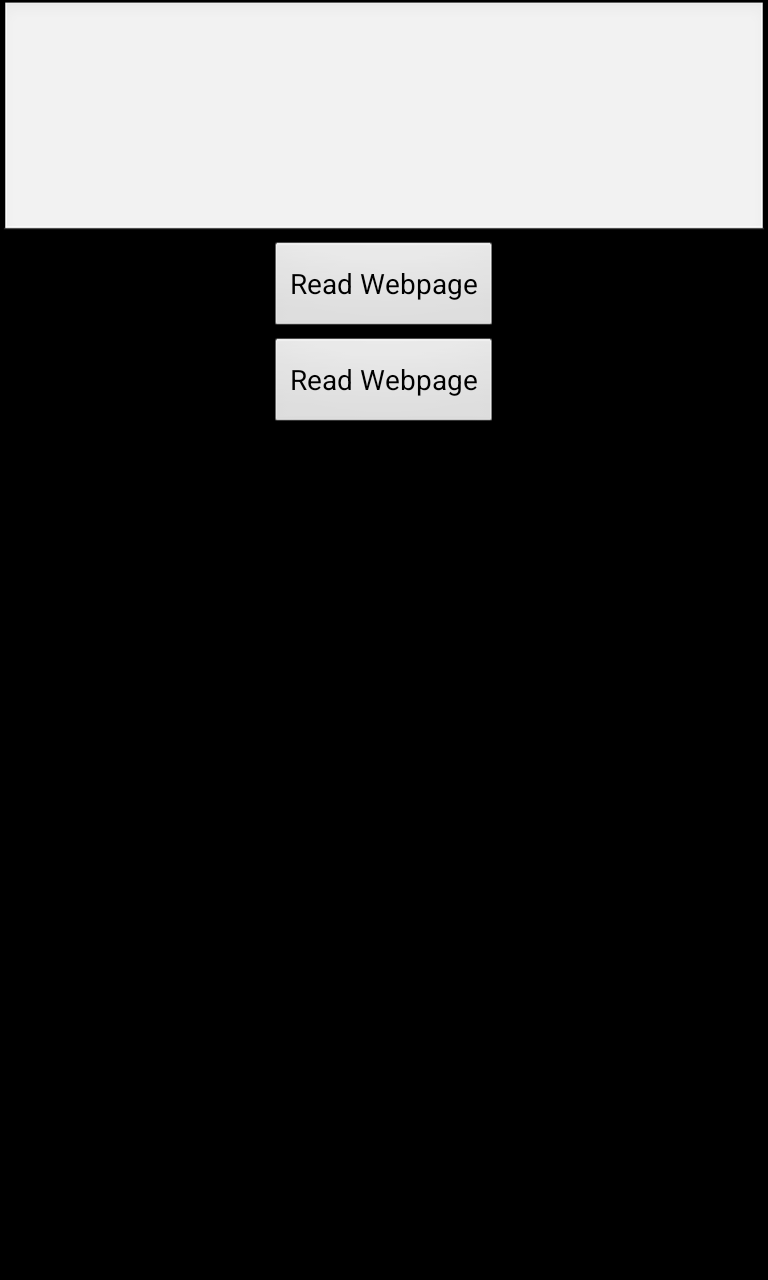
Repository: JerryScript-duplicate/BacksideUpdater
Layout: BacksideUpdater/res/layout/main.xml
These files come from the project's save history. The layout is drawn as it stood at one moment and after the next save; the edit follows.
It is drawn on a 768 x 1280 px phone screen (xhdpi) without system bars, with theme android:Theme; the app's code is not run.

Above is the layout before, as saved 2012-01-18 19:29:24.

### BacksideUpdater/res/layout/main.xml
<?xml version="1.0" encoding="utf-8"?>
<LinearLayout xmlns:android="http://schemas.android.com/apk/res/android"
    android:layout_width="fill_parent"
    android:layout_height="fill_parent"
    android:orientation="vertical" >

    <LinearLayout
        android:id="@+id/LinearLayout01"
        android:layout_width="wrap_content"
        android:layout_height="wrap_content" >
    </LinearLayout>

    <EditText
        android:id="@+id/bannerTitle"
        android:layout_width="fill_parent"
        android:layout_height="120dp" >
    </EditText>

    <Button
        android:id="@+id/BacksideUpdaterChecker"
        android:layout_width="wrap_content"
        android:layout_height="wrap_content"
        android:onClick="updateCheckerHandler"
        android:gravity="center"
        android:layout_gravity="center"
        android:text="@string/check4up_button_text" />

    <Button
        android:id="@+id/BacksideUpdaterButton"
        android:layout_width="wrap_content"
        android:layout_height="wrap_content"
        android:onClick="myClickHandler"
        android:gravity="center"
        android:layout_gravity="center"
        android:text="@string/check4up_button_text" />

    <TextView
        android:id="@+id/pagetext"
        android:layout_width="fill_parent"
        android:layout_height="fill_parent"
        android:scrollbars="vertical" >
    </TextView>

</LinearLayout>

### BacksideUpdater/res/values/strings.xml
<?xml version="1.0" encoding="utf-8"?>
<resources>

    <string name="hello">BACKside-IHO-VM670 Update Checker</string>
    <string name="app_name">BacksideUpdater</string>
    <string name="check4up_button_text">Read Webpage</string>

</resources>

After the next save:
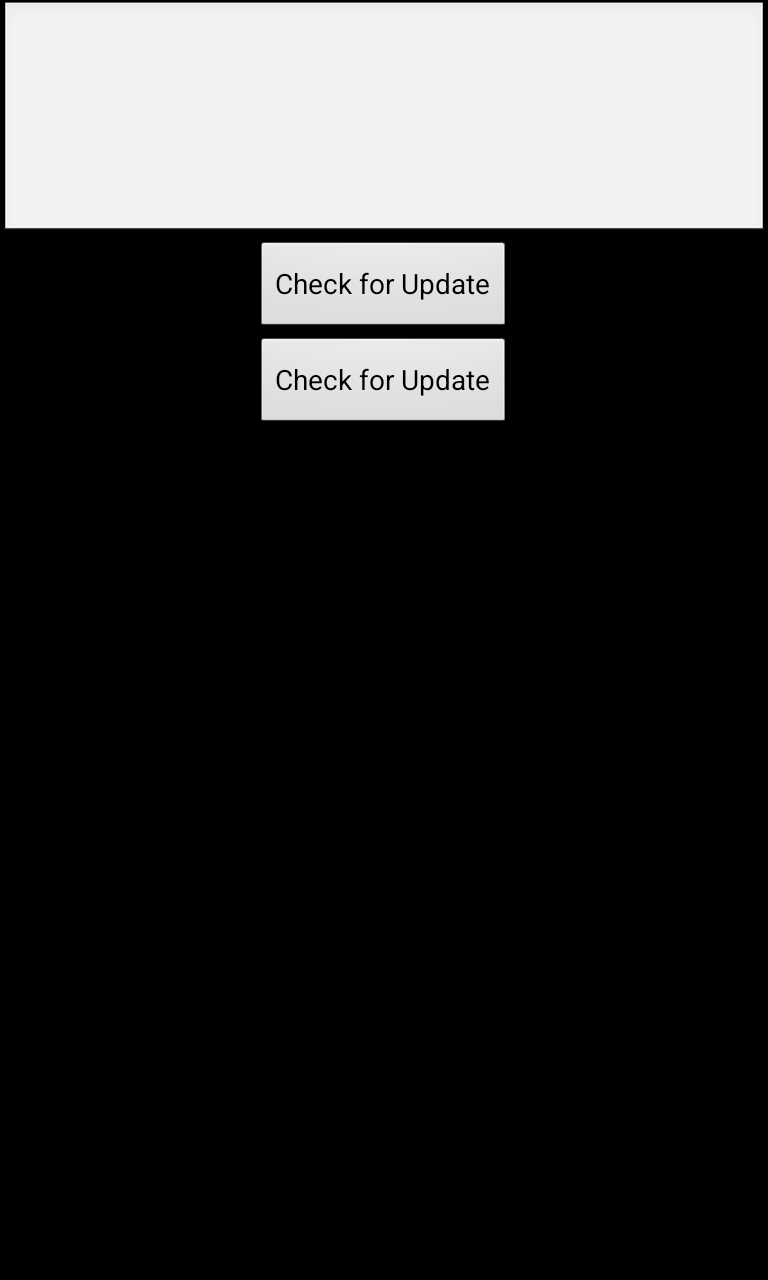
Saved 2 min 4 s later.
--- a/BacksideUpdater/res/values/strings.xml
+++ b/BacksideUpdater/res/values/strings.xml
@@ -3,6 +3,7 @@
 
     <string name="hello">BACKside-IHO-VM670 Update Checker</string>
     <string name="app_name">BacksideUpdater</string>
-    <string name="check4up_button_text">Read Webpage</string>
+    <string name="check4up_button_text">Check for Update</string>
+    <string name="updateNow_button_text">Download Update</string>
 
 </resources>
